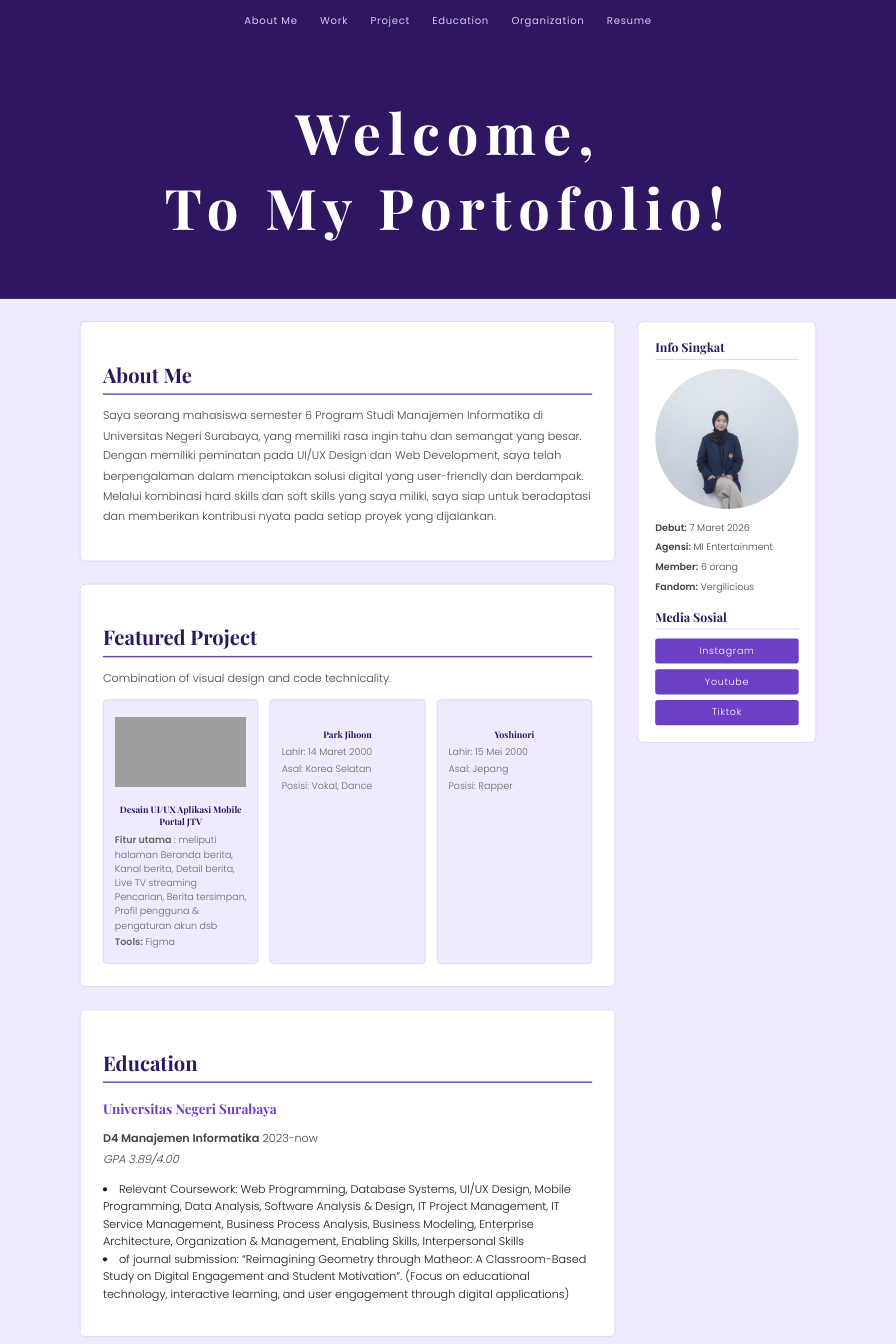
Repository: VergiMutiaRahmasyani/Website-Portofolio
Page: index.html
An editor plug-in stored every save of this project. The page is shown before and after a run of saves, followed by the edit.
The browser window is 1280 px wide. The pictures show the part of the page from y = 0 to 1920 px (the page is 2765 px tall), at 70% of full size.
Pictures or frames that could not be fetched are drawn as grey boxes.

Above is the page before, as saved 2026-03-07 14:03:29.

### index.html
<!DOCTYPE html>
<html>
    <head>
        <meta charset="utf-8" />
        <meta name="viewport" content="width=device-width, initial-scale=1.0" />
        <title>Portofolio Vergi</title>

        <!-- My Own CSS -->
        <link rel="stylesheet" href="css/style.css" />

        <!-- Google Fonts -->
        <link rel="preconnect" href="https://fonts.googleapis.com">
        <link rel="preconnect" href="https://fonts.gstatic.com" crossorigin>
        <link href="https://fonts.googleapis.com/css2?family=Playfair+Display:wght@400;700&family=Poppins:wght@300;400;600&display=swap" rel="stylesheet">
    </head>

    <body>

        <!-- HEADER -->
        <header class="site-header">

            <!-- NAVBAR -->
            <div class="navbar">
                <nav class="nav-list">
                    <ul>
                        <li><a href="#About">About Me</a></li>
                        <li><a href="#Work">Work</a></li>
                        <li><a href="Project">Project</a></li>
                        <li><a href="#Education">Education</a></li>
                        <li><a href="Organization">Organization</a></li>
                        <li><a href="https://drive.google.com/file/d/13-ep7ykiG-k7d2KfzBZSPx55XoqW1qHe/view?usp=sharing" target="_blank"> Resume</a></li>
                    </ul>
                </nav>
            </div>

            <div class="hero">
                <div class="hero-overlay">
                    <h1>Welcome, <br> To My Portofolio!</h1>
                </div>
            </div>

        </header>

        <!-- MAIN -->
        <main>
            <div class="content-wrapper">
                <div id="content">
                    <article id="About">
                        <h2>About Me</h2>
                        <p>
                            Saya seorang mahasiswa semester 6 Program Studi Manajemen Informatika di Universitas Negeri Surabaya, yang memiliki rasa
                            ingin tahu dan semangat yang besar. Dengan memiliki peminatan pada UI/UX Design dan Web Development,
                            saya telah berpengalaman dalam menciptakan solusi digital yang user-friendly dan berdampak. Melalui
                            kombinasi hard skills dan soft skills yang saya miliki, saya siap untuk beradaptasi dan memberikan kontribusi
                            nyata pada setiap proyek yang dijalankan.
                        </p>
                    </article>

                    <article id="Project">
                        <h2>Featured Project</h2>
                        <p>
                            Combination of visual design and code technicality.
                        </p>

                        <div class="project-list">
                            <div class="project-card">
                                <img src="D:\STUPEN\celerates\SUBMISSION\Web Portofolio\img\portaljtv.png" alt="Portal JTV" class="project-img" />
                                <h3>Desain UI/UX Aplikasi Mobile Portal JTV</h3>
                                <p><strong>Fitur utama</strong> : meliputi halaman Beranda berita, Kanal berita, Detail berita, Live TV streaming
                                    Pencarian, Berita tersimpan, Profil pengguna & pengaturan akun dsb</p>
                                <p><strong>Tools:</strong> Figma</p>
                            </div>
                            <div class="project-card">
                                <h3>Park Jihoon</h3>
                                <p>Lahir: 14 Maret 2000</p>
                                <p>Asal: Korea Selatan</p>
                                <p>Posisi: Vokal, Dance</p>
                            </div>
                            <div class="project-card">
                                <h3>Yoshinori</h3>
                                <p>Lahir: 15 Mei 2000</p>
                                <p>Asal: Jepang</p>
                                <p>Posisi: Rapper</p>
                            </div>
                        </div>
                    </article>

                    <article >
                        <h2>Education</h2>
                        <h3>Universitas Negeri Surabaya</h3>
                        <p>
                            <strong>D4 Manajemen Informatika</strong>  2023-now
                            <br><em>GPA 3.89/4.00</em>
                            <br>
                        </p>
                        <p>
                            <li> Relevant Coursework: Web Programming, Database Systems, UI/UX Design, Mobile Programming, Data
                                Analysis, Software Analysis & Design, IT Project Management, IT Service Management, Business Process
                                Analysis, Business Modeling, Enterprise Architecture, Organization & Management, Enabling Skills,
                                Interpersonal Skills</li>
                            <li> of journal submission: “Reimagining Geometry through Matheor: A Classroom-Based Study on Digital
                                Engagement and Student Motivation”. (Focus on educational technology, interactive learning, and user
                                engagement through digital applications)</li>
                        </p>
                    </article>

                    <article id="pengalaman">
                        <h2>Experience</h2>
                        <p>
                            Sejak debut, TREASURE telah merilis berbagai album dan single yang sukses di tangga lagu Korea maupun internasional.
                        </p>

                        <h3> Organization </h3>
                        <ul class="pengalaman-list">
                            <li>
                                <strong>HIMAFORTIC Himpunan Mahasiswa Prodi Manajemen Informatika</strong> — Februari 2022
                                <br><em>Kepala Departemen Agama dan Sosial</em>
                                <br>Bertanggung jawab sebagai steering commitee di dalam program kerja dengan menjadi pengarah,
                                pengawas, dan penasihat  pada seluruh sie/peran.
                            </li>
                            <li>
                                <strong>THE SECOND STEP: CHAPTER TWO</strong> — September 2022
                                <br>Lagu Utama: <em>HELLO</em>
                            </li>


                        <h3>Volunteer</h3>
                        <ul class="pengalaman-list">
                            <li>
                                <strong>The First Step: Treasure Effect</strong> — Desember 2020
                                <br>Lagu Utama: <em>MY TREASURE</em>
                            </li>
                    </article>

                </div>

                <!-- ASIDE -->
                <aside>
                    <div class="aside-inner">
                        <h3>Info Singkat</h3>
                        <img src="img/vergi photo.jpeg" alt="Foto Vergi" class="aside-img" />
                        <ul class="aside-info">
                            <li><strong>Debut:</strong> 7 Maret 2026</li>
                            <li><strong>Agensi:</strong> MI Entertainment</li>
                            <li><strong>Member:</strong> 6 orang</li>
                            <li><strong>Fandom:</strong> Vergilicious</li>
                        </ul>

                        <h3>Media Sosial</h3>
                        <ul class="aside-social">
                            <li><a href="https://www.instagram.com/yg_treasure_official/" target="_blank">Instagram</a></li>
                            <li><a href="https://www.youtube.com/@TREASURE" target="_blank">Youtube</a></li>
                            <li><a href="https://tiktok.com/@yg_treasure_tiktok" target="_blank">Tiktok</a></li>
                        </ul>
                    </div>
                </aside>
            </div>

        </main>

        <!-- FOOTER -->
        <footer>
            <p>Website Profil TREASURE &copy;2026 </p>
        </footer>

    </body>
</html>

### css/style.css
*,
*::before,
*::after {
    box-sizing: border-box;
}

/* =====================
   PALET WARNA UNGU
   --ungu-gelap   : #2e1760  (navbar, footer)
   --ungu-utama   : #6c3fc5  (aksen utama)
   --ungu-sedang  : #9b6ee0  (hover, border)
   --ungu-muda    : #d8c8f5  (border ringan)
   --ungu-pucat   : #f0eaff  (background halaman)
   ===================== */

body {
    font-family: 'Poppins', sans-serif;
    font-weight: 300;
    background-color: #f0eaff;
    color: #1a1a1a;
    margin: 0;
}


/* =====================
   HEADER
   ===================== */

header.site-header {
    background-color: #2e1760;
    color: white;
}

/* NAVBAR */
header.site-header .navbar {
    padding: 1rem 2rem;
    position: fixed;
    top: 0;
    left: 0;
    right: 0;
    width: 100%;
    z-index: 999;
    background-color: #2e1760;
}

header.site-header .nav-list ul {
    list-style: none;
    padding: 0;
    margin: 0;

    display: flex;
    justify-content: center;
    gap: 2rem;
}

header.site-header .nav-list li a {
    text-decoration: none;
    color: #d8c8f5;
    font-size: 0.9rem;
    font-weight: 400;
    letter-spacing: 1px;
    transition: color 0.2s ease;
}

header.site-header .nav-list li a:hover {
    color: white;
}

/* HERO */
header.site-header .hero {
    position: relative;
    width: 100%;
    height: 370px;
    overflow: hidden;
    margin-top: 57px;
}

header.site-header .hero .hero-overlay {
    position: absolute;
    inset: 0;
    display: flex;
    align-items: center;
    justify-content: center;
}

header.site-header .hero .hero-overlay h1 {
    font-family: 'Playfair Display', serif;
    font-size: 5rem;
    letter-spacing: 10px;
    color: white;
    margin: 0;
    text-align: center;
}


/* =====================
   MAIN & LAYOUT
   ===================== */

main {
    max-width: 1100px;
    margin-inline: auto;
    padding: 2rem 1.5rem;
}

.content-wrapper {
    display: flex;
    gap: 2rem;
    align-items: flex-start;
}

#content {
    flex: 3;

    display: flex;
    flex-direction: column;
    gap: 2rem;
}


/* =====================
   ARTICLE
   ===================== */

article {
    background-color: white;
    border: 1px solid #d8c8f5;
    border-radius: 8px;
    padding: 2rem;
}

article h2 {
    font-family: 'Playfair Display', serif;
    font-size: 1.8rem;
    margin-bottom: 1rem;
    padding-bottom: 0.5rem;
    border-bottom: 2px solid #6c3fc5;
    color: #2e1760;
}

article h3 {
    font-family: 'Playfair Display', serif;
    font-size: 1.2rem;
    margin-top: 1.5rem;
    margin-bottom: 0.5rem;
    color: #6c3fc5;
}

article p {
    line-height: 1.8;
    margin-bottom: 1rem;
    color: #444;
}


/* =====================
   TABEL INFO
   ===================== */

.info-table {
    width: 100%;
    border-collapse: collapse;
    margin-top: 1.5rem;
}

.info-table th,
.info-table td {
    padding: 0.6rem 1rem;
    text-align: left;
    border-bottom: 1px solid #d8c8f5;
    font-size: 0.95rem;
}

.info-table th {
    width: 35%;
    font-weight: 600;
    color: #2e1760;
    background-color: #f0eaff;
}

.info-table td {
    color: #444;
}


/* =====================
   PROJECT CARDS
   ===================== */

.project-list {
    display: flex;
    flex-wrap: wrap;
    gap: 1rem;
    margin-top: 0.5rem;
}

.project-card {
    flex: 1 1 160px;
    background-color: #f0eaff;
    border: 1px solid #d8c8f5;
    border-radius: 6px;
    padding: 1rem;
}

.project-img {
    width: 100%;
    max-width: 250px;
    height: 100px;
    object-fit:cover;
    object-position: top;
    display: block;
    margin: 0.5rem auto 1rem auto;
    border-radius: 0px;
}

.project-card h3 {
    font-size: 0.8rem;
    margin-top: 0.5;
    margin-bottom: 0.5rem;
    text-align: center;
    color: #2e1760;
}

.project-card p {
    font-size: 0.85rem;
    color: #666;
    margin: 0.2rem 0;
    line-height: 1.5;
    word-spacing: -1;
    text-align-last: left;
    text-justify: inter-word;
}


/* =====================
   ALBUM LIST
   ===================== */

.pengalaman-list {
    list-style: none;
    padding: 0;
    margin: 0.5rem 0 1rem 0;

    display: flex;
    flex-direction: column;
    gap: 0.6rem;
}

.pengalaman-list li {
    padding: 0.7rem 1rem;
    background-color: #f0eaff;
    border-left: 3px solid #6c3fc5;
    border-radius: 0 4px 4px 0;
    font-size: 0.9rem;
    color: #444;
    line-height: 1.6;
}


/* =====================
   ASIDE
   ===================== */

aside {
    flex: 1;
    position: sticky;
    top: 80px;
}

aside .aside-inner {
    background-color: white;
    border: 1px solid #d8c8f5;
    border-radius: 8px;
    padding: 1.5rem;
}

aside h3 {
    font-family: 'Playfair Display', serif;
    font-size: 1.1rem;
    margin-top: 1.2rem;
    margin-bottom: 0.8rem;
    padding-bottom: 0.4rem;
    border-bottom: 1px solid #d8c8f5;
    color: #2e1760;
}

aside h3:first-child {
    margin-top: 0;
}

.aside-img {
    width: 100%;
    max-width: 250px;
    height: 200px;
    object-fit: cover;
    object-position: center;
    display: block;
    margin: 0.5rem auto 1rem auto;
    border-radius: 100px;
}

.aside-info {
    list-style: none;
    padding: 0;
    margin: 0;

    display: flex;
    flex-direction: column;
    gap: 0.4rem;
}

.aside-info li {
    font-size: 0.85rem;
    color: #444;
    line-height: 1.6;
}

.aside-social {
    list-style: none;
    padding: 0;
    margin: 0;

    display: flex;
    flex-direction: column;
    gap: 0.5rem;
}

.aside-social li a {
    display: block;
    text-align: center;
    padding: 0.5rem;
    background-color: #6c3fc5;
    color: white;
    text-decoration: none;
    border-radius: 4px;
    font-size: 0.85rem;
    letter-spacing: 1px;
    transition: background-color 0.2s ease;
}

.aside-social li a:hover {
    background-color: #9b6ee0;
}


/* =====================
   FOOTER
   ===================== */

footer {
    background-color: #2e1760;
    color: #d8c8f5;
    text-align: center;
    padding: 1.5rem;
    margin-top: 3rem;
    font-size: 0.85rem;
    letter-spacing: 1px;
}


/* =====================
   RESPONSIVE
   ===================== */

@media screen and (max-width: 768px) {
    header.site-header .nav-list ul {
        flex-wrap: wrap;
        justify-content: center;
        gap: 0.8rem;
    }

    .content-wrapper {
        flex-direction: column;
    }

    aside {
        position: static;
        width: 100%;
    }

    .project-card {
        flex: 1 1 130px;
    }
}

After the next 2 saves:
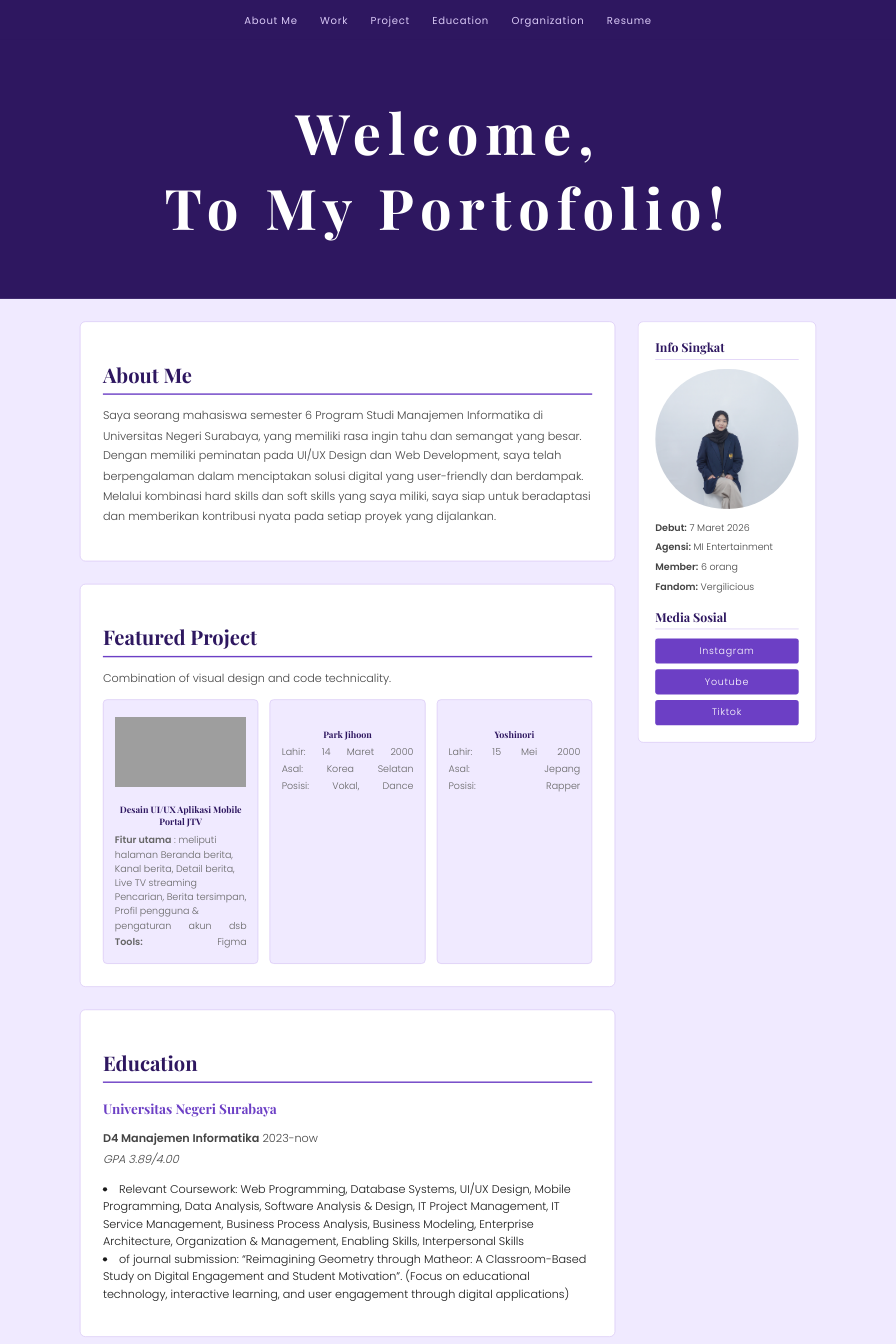
The 2 saves are shown as one change because they came seconds apart.
The last was saved 17 s later.
--- a/css/style.css
+++ b/css/style.css
@@ -227,7 +227,7 @@ article p {
     margin: 0.2rem 0;
     line-height: 1.5;
     word-spacing: -1;
-    text-align-last: left;
+    text-align-last: justify;
     text-justify: inter-word;
 }
 
